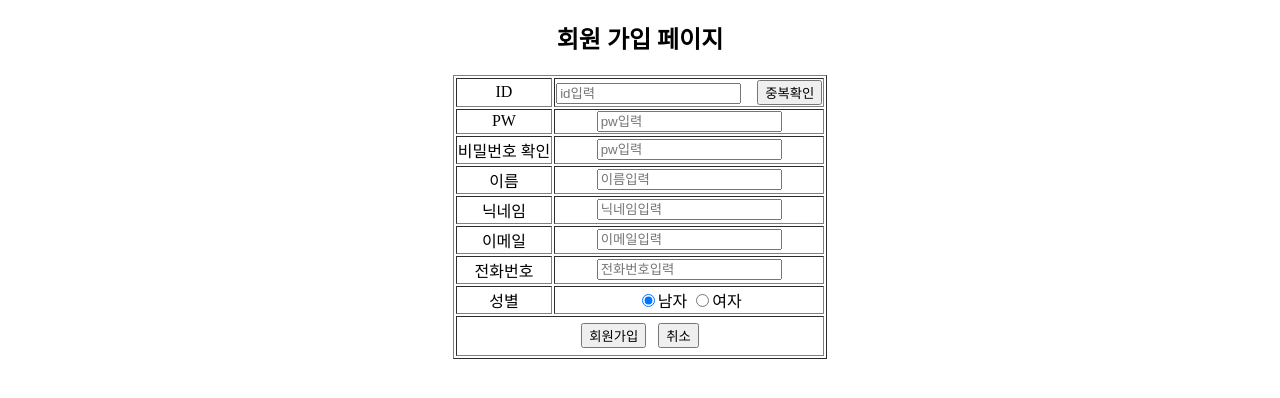
Repository: Served01/Project2_2209
Page: http://localhost/bookReviewProgram/mbinsertform.jsp
These files come from the project's save history. The page is drawn as it stood at one moment and after the next save; the edit follows.
The browser window is 1280 px wide. The pictures show the whole page.
The page is served by Tomcat 9. Other server files are loaded and not shown.

Above is the page before, as saved 2022-09-30 01:20:16.

### bookReviewProgram/src/main/webapp/mbinsertform.jsp
<%@ page language="java" contentType="text/html; charset=UTF-8"
    pageEncoding="UTF-8"%>
<!DOCTYPE html>
<html>
<head>
<meta charset="UTF-8">
<title>회원가입 페이지</title>
</head>

<style>
table{
margin: auto;
}
</style>

<body>

<h2 align = "center">회원 가입 페이지</h2>

<form action = "mbInsertform2.jsp" method = "post">
	<table border = "1">
		<tr align = "center">
			<td>ID</td>
			<td><input type="text" name="mb_id" placeholder="id입력" required />
				&nbsp;&nbsp;
				<button type="submit">중복확인</button></td>
		</tr>
		<tr align = "center">
			<td>PW</td>
			<td><input type = "password" name = "mb_pw" placeholder="pw입력"  /></td>
		</tr>
		<tr align = "center">
			<td>비밀번호 확인</td>
			<td><input type = "password" name = "mb_pw2" placeholder="pw입력" /></td>
		</tr>
		<tr align = "center">
			<td>이름</td>
			<td><input type = "text" name = "mb_name" placeholder="이름입력" /></td>
		</tr>
		<tr align = "center">
			<td>닉네임</td>
			<td><input type = "text" name = "mb_nick" placeholder="닉네임입력" /></td>
		</tr>
		<tr align = "center">
			<td>이메일</td>
			<td><input type = "email" name = "mb_email" placeholder="이메일입력" /></td>
		</tr>
		<tr align = "center">
			<td>전화번호</td>
			<td><input type = "text" name = "mb_tel" placeholder="전화번호입력" ></td>
		</tr>
		<tr align="center">
			<td>성별</td>
			<td>
				<input type="radio" name="mb_gender" value="1" checked/>남자
				<input type="radio" name="mb_gender" value="2"/>여자
			</td>
		</tr>
		<tr height = "40" align = "center">
			<td colspan = "2">
				<button type="button" onclick="javascript:alert('아이디 중복확인을 해주십시오.')">회원가입</button>&nbsp;&nbsp;
				<button type="button" onclick="location.href='mainSession.jsp'">취소</button>
			</td>
		</tr>
	</table>
</form>
</body>
</html>

After the next save:
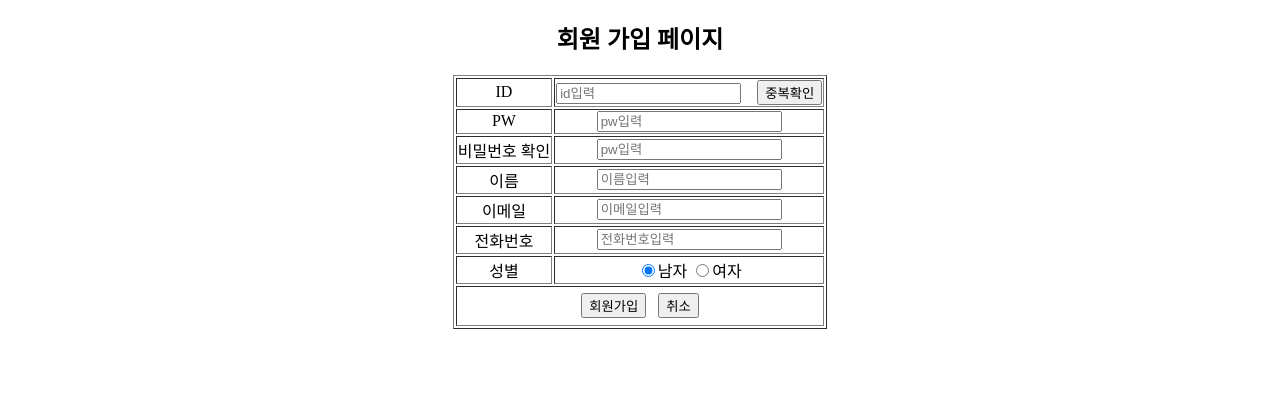
Saved 60 s later.
--- a/bookReviewProgram/src/main/webapp/mbinsertform.jsp
+++ b/bookReviewProgram/src/main/webapp/mbinsertform.jsp
@@ -38,10 +38,6 @@
 			<td><input type = "text" name = "mb_name" placeholder="이름입력" /></td>
 		</tr>
 		<tr align = "center">
-			<td>닉네임</td>
-			<td><input type = "text" name = "mb_nick" placeholder="닉네임입력" /></td>
-		</tr>
-		<tr align = "center">
 			<td>이메일</td>
 			<td><input type = "email" name = "mb_email" placeholder="이메일입력" /></td>
 		</tr>
